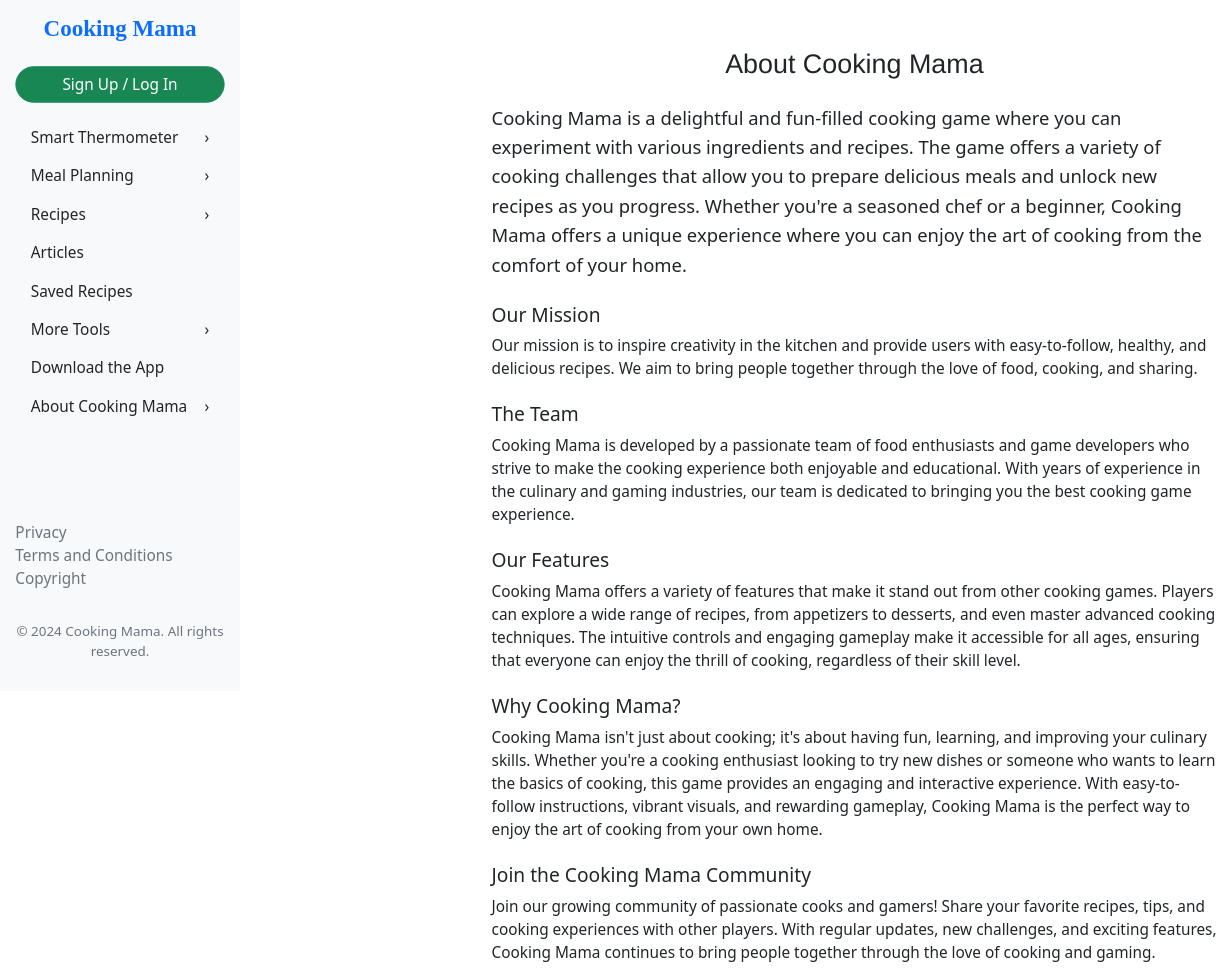
Repository: julius2510/UAS_Frontend_Kelompok10
Page: about.html
These files come from the project's save history. The page is drawn as it stood at one moment and after the next save; the edit follows.
The browser window is 1280 px wide. The pictures show the whole page, at 96% of full size.
Some icons come from a web library that is not loaded, so they are not drawn.

Above is the page before, as saved 2024-11-21 00:05:54.
Console error: TypeError: Cannot read properties of null (reading 'addEventListener')

After the next save:
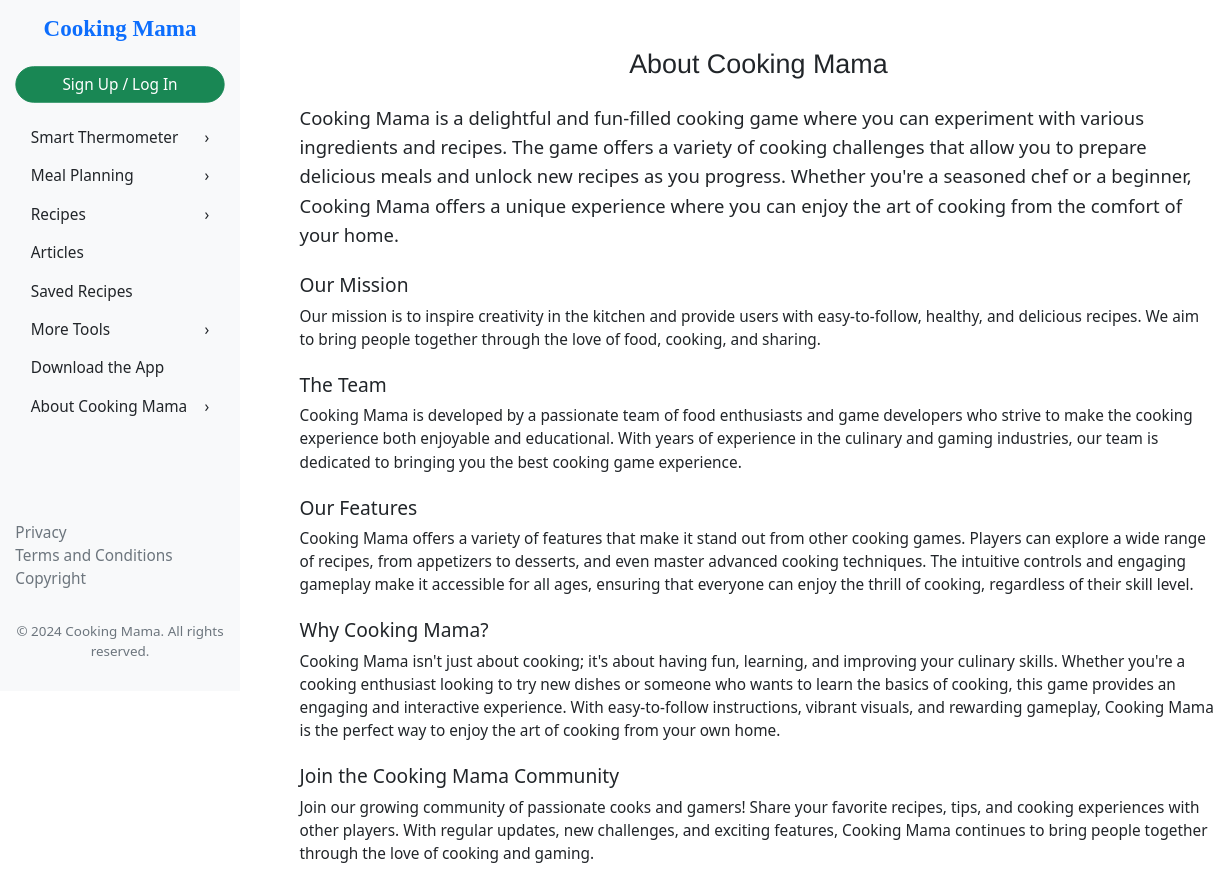
Saved 6 s later.
--- a/about.html
+++ b/about.html
@@ -111,7 +111,7 @@
 
     <!-- Main Content -->
    <!-- Main Content -->
-<div class="container-fluid" style="margin-left: 500px; padding-top: 50px;">
+<div class="container-fluid" style="margin-left: 300px; padding-top: 50px;">
     <div class="row">
       <div class="col-12">
         <h1 class="text-center mb-4 fs-3" style="font-family: 'Franklin Gothic Medium', 'Arial Narrow', Arial, sans-serif;">About Cooking Mama</h1>
